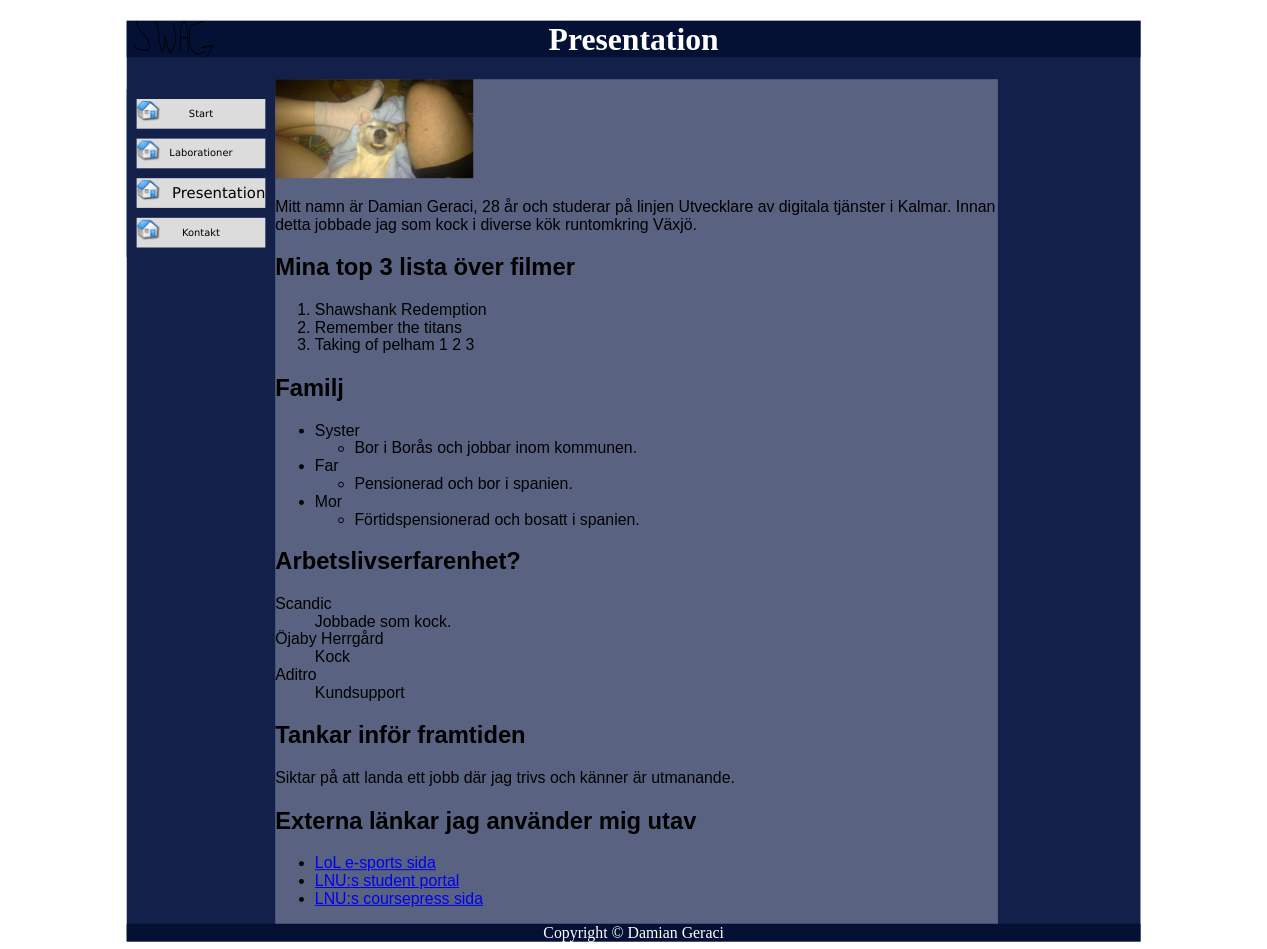
Repository: dg222dm/1ik415-laborationer
Page: pages/presentation.html
The author's editor kept a record of every edit. The page is drawn from the files as they stood at one moment, then again after the next edit.
The browser window is 1280 px wide. The pictures show the whole page, at 99% of full size.

Above is the page before.

### pages/presentation.html
<!doctype html>
<html lang="sv">
    <head>
        <meta charset="utf-8" />
        <link rel="stylesheet"  href="../css/style.css" media="screen" />
        <link rel="stylesheet"  href="../css/printfriendly.css" media="print" />
        <title>Presentation</title>
    </head>
    <body>
        <div id="background">
        <div id="header">
            <h1>Presentation</h1>
         </div>

            <div id="nav">
                <ul>
                    <li><a href="../index.html">Start</a></li>
                    <li><a href="laborationer.html">Laborationer</a></li>
                    <li class="active"><a href="presentation.html">Presentation</a></li>
                    <li><a href="kontakt.html">Kontakt</a></li>

                </ul>
            </div>
            <div id="content">
            <article>
                <img src="../pics/plyriz.JPG" alt="" width="200" height="100" title="Bästa bilden på min hund Lyra" id="lyra"/>
                <p>Mitt namn är Damian Geraci, 28 år och studerar på linjen Utvecklare av digitala tjänster i Kalmar. Innan detta jobbade jag som kock i diverse kök runtomkring Växjö.</p>

                <h2>Mina top 3 lista över filmer</h2>
                <ol>
                    <li>Shawshank Redemption</li>
                    <li>Remember the titans</li>
                    <li>Taking of pelham 1 2 3</li>
                </ol>
                <h2>Familj</h2>
        <!--Lista börjar -->

                <ul>
                    <li>Syster
                        <ul>
                            <li>Bor i Borås och jobbar inom kommunen.</li>
                        </ul>
                    </li>
                    <li>Far
                        <ul>
                            <li>Pensionerad och bor i spanien.</li>
                        </ul>
                    </li>
                    <li>Mor
                        <ul>
                            <li>Förtidspensionerad och bosatt i spanien.</li>
                        </ul>
                    </li>
                </ul>

        <!--Slut på lista -->

                <h2>Arbetslivserfarenhet?</h2>
                <dl>
                    <dt>Scandic</dt>
                        <dd>Jobbade som kock.</dd>
                    <dt>Öjaby Herrgård</dt>
                        <dd>Kock</dd>
                    <dt>Aditro</dt>
                        <dd>Kundsupport</dd>
                </dl>
                <h2>Tankar inför framtiden</h2>
                <p>Siktar på att landa ett jobb där jag trivs och känner är utmanande.</p>

                <h2>Externa länkar jag använder mig utav</h2>
                <ul>
                    <li><a href="http://euw.lolesports.com">LoL e-sports sida</a></li>
                    <li><a href="https://lnu.se/student/">LNU:s student portal</a></li>
                    <li><a href="https://coursepress.lnu.se">LNU:s coursepress sida</a></li>
                </ul>
        </article>
            </div>

        <div id="footer">
            Copyright © Damian Geraci
        </div>
        </div>
    </body>
</html>

### css/style.css
#header {
    width:1024px;
    background-color:#051035;
    color:white;
    text-align:center;
    background-image: url(../css/pics/svgLogo.svg);
    background-size: 100px 100px;
    background-position: left -20px;
    background-repeat: no-repeat;

}
#nav ul{
    line-height:30px;
    background-color:#13214A;
    list-style-type: none;
    font-family: verdana;
    font-size:10px;
    float:left;
    padding: 0;
    text-align:center;


}

#nav li{
    margin: 10px ; /*Mellan rum mellan list items*/

}

.active {
    font-size:15px;
    text-align:right;
}

#nav a{
    display: block;
    width: 130px;
    background-color: #dcdcdc;
    text-decoration: none; /*tar bort understräcken*/
    background-image: url(../css/pics/sprite.png);
    background-repeat:no-repeat;
}

#home-icon { background-position: 0 -44px}
#home-icon:hover {background-position: 0px 4px}

#tool-icon { background-position: 0px -140px}
#tool-icon:hover {background-position: 0 -92px}

#presentation-icon { background-position: 0px -236px}
#presentation-icon:hover {background-position: 0 -188px}

#contact-icon { background-position: 0px -333px}
#contact-icon:hover {background-position: 0 -285px}

#nav a:link, #nav a:active, #nav a:visited {
    color: #000000;
}



#background {
    width:1024px;
    height:auto;
    margin:0 auto;
    background-color:#13214A;
}



#footer {
    background-color:#051035;
    width:1024px;
    color:white;
    clear:both;
    text-align:center;

}

#content {
  width: 730px;
  float:left;
  background-color:#596381;
  height: auto;
  font-family: sans-serif;

}

.right {
    float: right;
    border:1px solid #021a40;
    padding: 1px;
}
.left {
    float: left;
    border:1px solid #021a40;
    padding: 1px;
}

.center {
    margin-left:220px;

  }

  table, td, th {
    border: 1px  solid;
}

th {
    background-color: green;
    color: white;
}
/*
header färg: #051035
nav fönster färg: #3E496F
bakgrundsfärg: #13214A
content färg: #596381
footer färg: #051035

*/

### css/printfriendly.css
body {
    background-color: white;
    color: black;
    font-family: Times,
    "Times New Roman",
    Garamond, serif;
}

#nav {
    display: none;
}

img {
    display: none;
}

video {
    display: none;
}

#header h1 {
    background-color: black;
    font-size: 24pt;
    text-align: center;
    text-transform: uppercase;
    font-family: Helvetica,
    Arial, Verdana, sans-serif;
    padding: 7pt;
}

#header h1 a {
    color: white;
}

#content h2 {
    padding: 0;
    margin: 0;
    font-size: 20pt;
    border-bottom: 1px solid black;
}

#content h3 {
    padding: 0;
    margin: 0;
    text-align: left;
    font-style: italic;
}

#content h4 {
    font-family: Helvetica,
    Verdana, Arial,
    sans-serif;
    border-top: 3pt solid black;
    background-color: #BEBEBE;
    /* ~30% black*/
    padding: 12pt;
    margin: 0;
}

#content p {
    line-height: 18pt;
}



#content a:after {
    content: " <"
    attr(href) "> ";
    font-family:courier, monospace;
    font-weight: normal;
}

a {
    text-decoration: none;
    font-weight: bold;
    color: #626466;
}

#footer {
    border-top: 1px solid #000;
    text-align: center;
    font-family: Helvetica,
    Verdana, Arial,
    sans-serif;
}

  table, td, th {
    border: 1px  solid;
}

th {
    background-color: White;
    color: Black;
}

After the next edit:
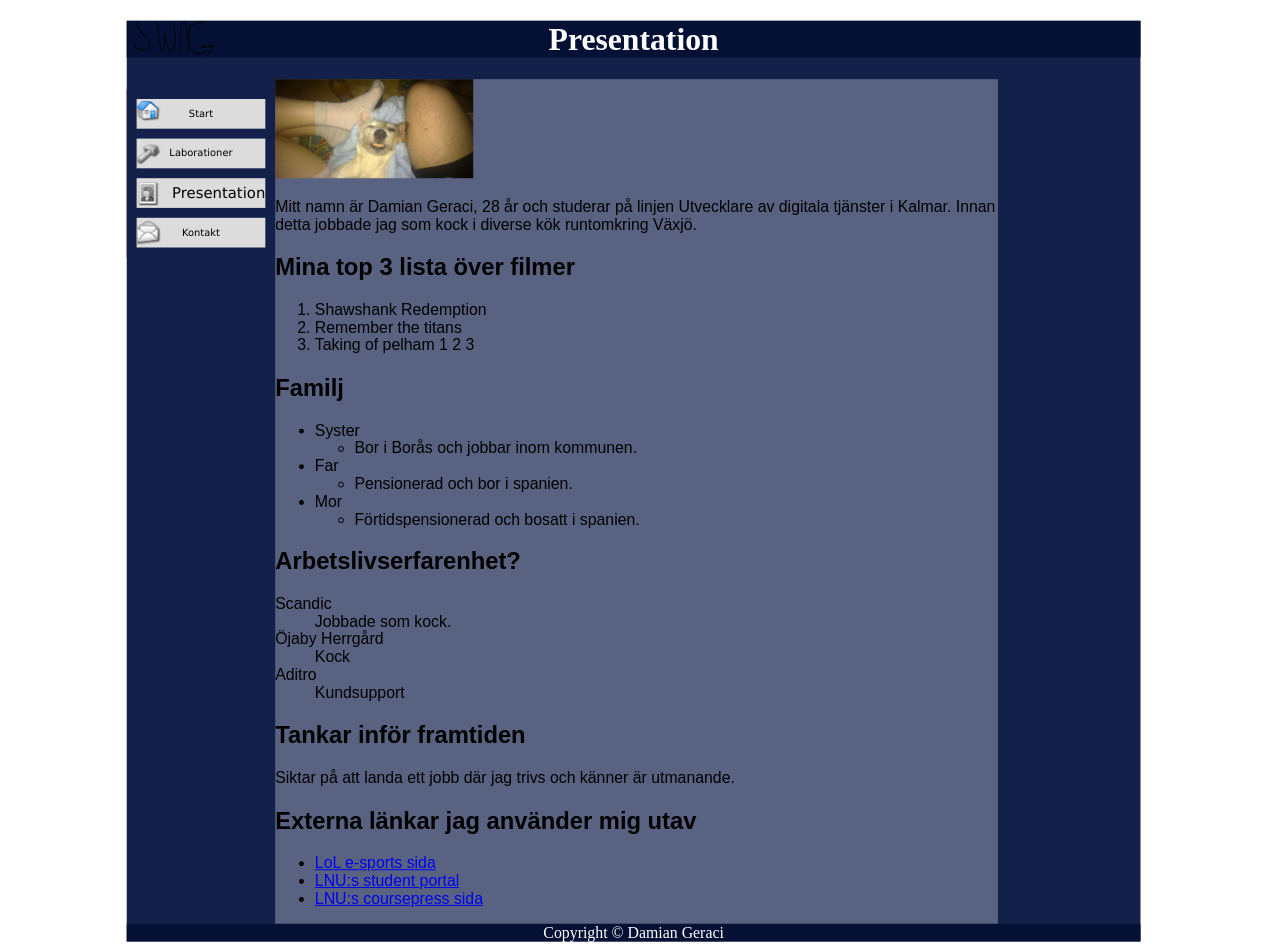
The edit:
--- a/pages/presentation.html
+++ b/pages/presentation.html
@@ -14,10 +14,10 @@
 
             <div id="nav">
                 <ul>
-                    <li><a href="../index.html">Start</a></li>
-                    <li><a href="laborationer.html">Laborationer</a></li>
-                    <li class="active"><a href="presentation.html">Presentation</a></li>
-                    <li><a href="kontakt.html">Kontakt</a></li>
+                    <li><a id="home-icon "href="../index.html">Start</a></li>
+                    <li><a id="tool-icon" href="laborationer.html">Laborationer</a></li>
+                    <li class="active"><a id="presentation-icon" href="presentation.html">Presentation</a></li>
+                    <li><a id="contact-icon" href="kontakt.html">Kontakt</a></li>
 
                 </ul>
             </div>
